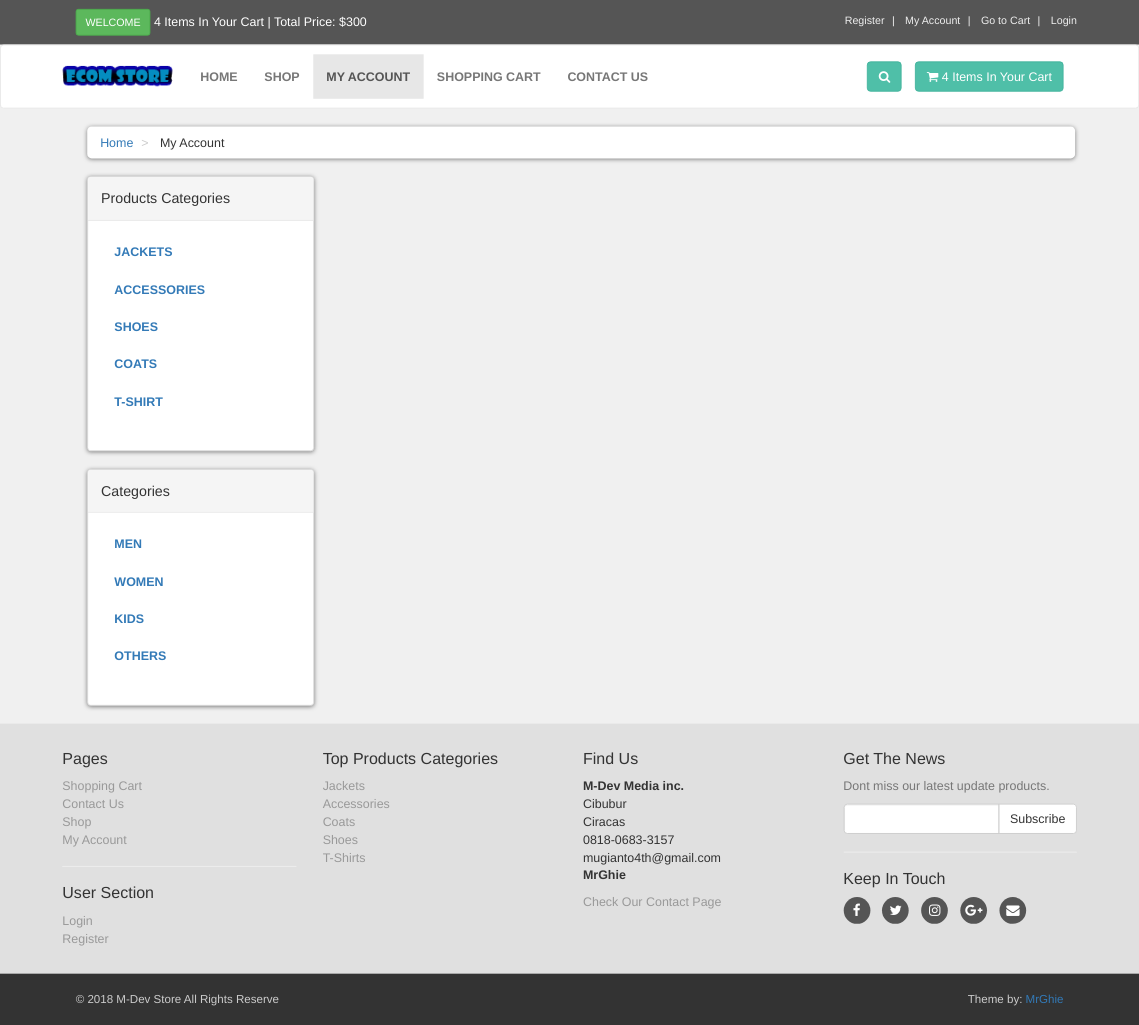
Repository: truonghuynhquy/M_Dev_Store
Page: http://localhost/customer/my_account.php
The author's editor kept a copy of each file at every save. The page is drawn from the files as they stood at one save, then again after the next save.
The browser window is 1280 px wide. The pictures show the whole page, at 89% of full size.
The page is run by PHP 8.4 with error messages shown; the project is at /var/www/html/.

Above is the page before, as saved 2022-11-14 10:12:49.

### customer/my_account.php
<!DOCTYPE html>
<html lang="en">

<head>
    <meta charset="UTF-8">
    <meta http-equiv="X-UA-Compatible" content="IE=edge">
    <meta name="viewport" content="width=device-width, initial-scale=1.0">
    <title>M-Dev Shop</title>
    <link rel="stylesheet" href="styles/bootstrap-337.min.css">
    <link rel="stylesheet" href="styles/style.css">
    <link rel="stylesheet" href="font-awsome/css/font-awesome.min.css">
</head>

<body>
    <div id="top">
        <!--  Top:     Begin  -->

        <div class="container">
            <!--  Container:     Begin  -->
            <div class="col-md-6 offer">
                <!--  col-md-6 offer:     Begin  -->
                <a href="#" class="btn btn-success btn-sm">Welcome</a>
                <a href="checkout.php">4 Items In Your Cart | Total Price: $300</a>
            </div><!--  col-md-6:     Finish  -->

            <div class="col md-6">
                <!--  col-md-6:     Begin  -->

                <ul class="menu">
                    <!--  menu:     Begin  -->
                    <li>
                        <a href="customer_register.php">Register</a>
                    </li>
                    <li>
                        <a href="checkout.php">My Account</a>
                    </li>
                    <li>
                        <a href="cart.php">Go to Cart</a>
                    </li>
                    <li>
                        <a href="checkout.php">Login</a>
                    </li>

                </ul><!--  menu:     Finish  -->

            </div><!--  col-md-6:     Finish  -->

        </div><!--  Container:     Finish  -->

    </div><!--  Top:    Finish  -->

    <div id="navbar" class="navbar navbar-default">
        <!--  navbar navbar-default:    Begin  -->

        <div class="container">
            <!--  container:    Begin  -->

            <div class="nav-header">
                <!--  nav-header:    Begin  -->

                <a href="index.php" class="navbar-brand home">
                    <!-- navbar-brand home Begin -->

                    <img src="images/ecom-store-logo.png" alt="M-dev-Store Logo" class="hidden-xs">
                    <img src="images/ecom-store-logo-mobile.png" alt="M-dev-Store Logo Mobile" class="visible-xs">

                </a><!-- navbar-brand home Finish -->

                <button class="navbar-toggle" data-toggle="collapse" data-target="#navigation">

                    <span class="sr-only">Toggle navigation</span>

                    <i class="fa fa-align-justify"></i>

                </button>

                <button class="navbar-toggle" data-toggle="collapse" data-target="#search">

                    <span class="sr-only">Toggle Search</span>

                    <i class="fa fa-search"></i>

                </button>

            </div><!--  nav-header:    Finish  -->

            <div class="collapse navbar-collapse" id="navigation">
                <!-- navbar-collapse collapse Begin -->

                <div class="padding-nav">
                    <!-- padding-nav Begin -->

                    <ul class="nav navbar-nav left">
                        <!-- nav navbar-nav left Begin -->

                        <li>
                            <a href="../index.php">Home</a>
                        </li>
                        <li>
                            <a href="../shop.php">Shop</a>
                        </li>
                        <li class="active">
                            <a href="my_account.php">My Account</a>
                        </li>
                        <li>
                            <a href="../cart.php">Shopping Cart</a>
                        </li>
                        <li>
                            <a href="../contact.php">Contact Us</a>
                        </li>

                    </ul><!-- nav navbar-nav left Finish -->

                </div><!-- padding-nav Finish -->

                <a href="cart.php" class="btn navbar-btn btn-primary right">

                    <!-- btn navbar-btn btn-primary Begin -->

                    <i class="fa fa-shopping-cart"></i>

                    <span>4 Items In Your Cart</span>

                </a><!-- btn navbar-btn btn-primary Finish -->

                <div class="navbar-collapse collapse right">
                    <!-- navbar-collapse collapse right Begin -->

                    <button class="btn btn-primary navbar-btn" type="button" data-toggle="collapse" data-target="#search">
                        <!-- btn btn-primary navbar-btn Begin -->

                        <span class="sr-only">Toggle Search</span>

                        <i class="fa fa-search"></i>

                </div><!-- navbar-collapse collapse right Finish -->

                <div class="collapse clearfix" id="search">
                    <!-- collapse clearfix Begin -->

                    <form method="get" action="results.php" class="navbar-form">
                        <!-- navbar-form Begin -->

                        <div class="input-group">
                            <!-- input-group Begin -->

                            <input type="text" class="form-control" placeholder="Search" name="user_query" required>

                            <span class="input-group-btn">
                                <!-- input-group-btn Begin -->

                                <button type="submit" name="search" value="Search" class="btn btn-primary">
                                    <!-- btn btn-primary Begin -->

                                    <i class="fa fa-search"></i>

                                </button><!-- btn btn-primary Finish -->

                            </span><!-- input-group-btn Finish -->

                        </div><!-- input-group Finish -->

                    </form><!-- navbar-form Finish -->

                </div><!-- collapse clearfix Finish -->

            </div><!-- navbar-collapse collapse Finish -->

        </div><!--  container:    Finish  -->

    </div><!--  navbar navbar-default:    Finish  -->

    <div id="content">
        <!-- #content Begin -->

        <div class="container">
            <!-- container Begin -->

            <div class="col-md-12">
                <!-- col-md-12 Begin -->

                <ul class="breadcrumb">
                    <!-- breadcrumb Begin -->

                    <li>
                        <a href="index.php">Home</a>
                    </li>
                    <li>
                        My Account
                    </li>

                </ul><!-- breadcrumb Finish -->

            </div><!-- col-md-12 Finish  -->

            <div class="col-md-3">
                <!-- col-md-3 Begin -->

                <?php

                include("includes/sidebar.php");
                ?>

            </div><!-- col-md-3 Finish -->
        </div><!-- container Finish  -->

    </div> <!-- #content Finish  -->

    <?php

    include("includes/footer.php");

    ?>

    <script src="js/jquery-331.min.js"></script>
    <script src="js/bootstrap-337.min.js"></script>


</body>

</html>

### customer/includes/sidebar.php
<div class="panel panel-default sidebar-menu">
    <!-- panel panel-default sidebar-menu Begin -->

    <div class="panel-heading">
        <!-- panel-heading Begin -->

        <h3 class="panel-title">Products Categories</h3>

    </div><!-- panel-heading Finish -->

    <div class="panel-body">
        <!-- panel-body Begin -->

        <ul class="nav nav-pills nav-stacked category-menu">
            <!-- nav nav-pills nav-stacked category-menu Begin -->

            <li><a href="#">Jackets</a></li>
            <li><a href="#">Accessories</a></li>
            <li><a href="#">Shoes</a></li>
            <li><a href="#">Coats</a></li>
            <li><a href="#">T-Shirt</a></li>

        </ul><!-- nav nav-pills nav-stacked category-menu Finish -->

    </div><!-- panel-body Finish -->

</div><!-- panel panel-default sidebar-menu Finish -->

<div class="panel panel-default sidebar-menu">
    <!-- panel panel-default sidebar-menu Begin -->

    <div class="panel-heading">
        <!-- panel-heading Begin -->

        <h3 class="panel-title">Categories</h3>

    </div><!-- panel-heading Finish -->

    <div class="panel-body">
        <!-- panel-body Begin -->

        <ul class="nav nav-pills nav-stacked category-menu">
            <!-- nav nav-pills nav-stacked category-menu Begin -->

            <li><a href="#">Men</a></li>
            <li><a href="#">Women</a></li>
            <li><a href="#">Kids</a></li>
            <li><a href="#">Others</a></li>

        </ul><!-- nav nav-pills nav-stacked category-menu Finish -->

    </div><!-- panel-body Finish -->

</div><!-- panel panel-default sidebar-menu Finish -->

### customer/includes/footer.php
<div id="footer">
    <!-- #footer Begin -->

    <div class="container">
        <!-- container Begin -->

        <div class="row">
            <!-- row Begin -->

            <div class="col-sm-6 col-md-3">
                <!-- col-sm-6 col-md-3 Begin -->

                <h4>Pages</h4>

                <ul>
                    <!-- ul Begin -->
                    <li><a href="cart.php">Shopping Cart</a></li>
                    <li><a href="contact.php">Contact Us</a></li>
                    <li><a href="shop.php">Shop</a></li>
                    <li><a href="checkout.php">My Account</a></li>
                </ul><!-- ul Finish -->

                <hr>

                <h4>User Section</h4>

                <ul>
                    <!-- ul Begin -->
                    <li><a href="checkout.php">Login</a></li>
                    <li><a href="customer_register.php">Register</a></li>
                </ul><!-- ul Finish -->

                <hr class="hidden-md hidden-lg hidden-sm">

            </div><!-- col-sm-6 col-md-3 Finish -->

            <div class="com-sm-6 col-md-3">
                <!-- col-sm-6 col-md-3 Begin -->

                <h4>Top Products Categories</h4>

                <ul>
                    <!-- ul Begin -->
                    <li><a href="#">Jackets</a></li>
                    <li><a href="#">Accessories</a></li>
                    <li><a href="#">Coats</a></li>
                    <li><a href="#">Shoes</a></li>
                    <li><a href="#">T-Shirts</a></li>
                </ul><!-- ul Finish -->

                <hr class="hidden-md hidden-lg">

            </div><!-- col-sm-6 col-md-3 Finish -->

            <div class="col-sm-6 col-md-3">
                <!-- col-sm-6 col-md-3 Begin -->

                <h4>Find Us</h4>

                <p>
                    <!-- p Start -->

                    <strong>M-Dev Media inc.</strong>
                    <br />Cibubur
                    <br />Ciracas
                    <br />0818-0683-3157
                    <br />mugianto4th@gmail.com
                    <br /><strong>MrGhie</strong>

                </p><!-- p Finish -->

                <a href="contact.php">Check Our Contact Page</a>

                <hr class="hidden-md hidden-lg">

            </div><!-- col-sm-6 col-md-3 Finish -->

            <div class="col-sm-6 col-md-3">

                <h4>Get The News</h4>

                <p class="text-muted">
                    Dont miss our latest update products.
                </p>

                <form action="" method="post">
                    <!-- form begin -->
                    <div class="input-group">
                        <!-- input-group begin -->

                        <input type="text" class="form-control" name="email">

                        <span class="input-group-btn">
                            <!-- input-group-btn begin -->

                            <input type="submit" value="Subscribe" class="btn btn-default">

                        </span><!-- input-group-btn Finish -->

                    </div><!-- input-group Finish -->

                </form><!-- form Finish -->

                <hr>

                <h4>Keep In Touch</h4>

                <p class="social">
                    <a href="#" class="fa fa-facebook"></a>
                    <a href="#" class="fa fa-twitter"></a>
                    <a href="#" class="fa fa-instagram"></a>
                    <a href="#" class="fa fa-google-plus"></a>
                    <a href="#" class="fa fa-envelope"></a>
                </p>

            </div><!-- col-sm-6 col-md-3 Finish -->

        </div><!-- row Finish -->

    </div><!-- container Finish -->

</div><!-- #footer Finish -->

<div id="copyright">
    <!-- #copyright Begin -->

    <div class="container">
        <!-- container Begin -->

        <div class="col-md-6">
            <!-- col-md-6 Begin -->

            <p class="pull-left">&copy; 2018 M-Dev Store All Rights Reserve</p>

        </div><!-- col-md-6 Finish -->

        <div class="col-md-6">
            <!-- col-md-6 Begin -->

            <p class="pull-right">Theme by: <a href="#">MrGhie</a></p>

        </div><!-- col-md-6 Finish -->

    </div><!-- container Finish -->

</div><!-- #copyright Finish -->

Loaded but not shown: customer/styles/bootstrap-337.min.css (library); customer/font-awsome/css/font-awesome.min.css (library); customer/js/jquery-331.min.js (library); customer/js/bootstrap-337.min.js (library); customer/styles/style.css (391 lines, source omitted)

After the next save:
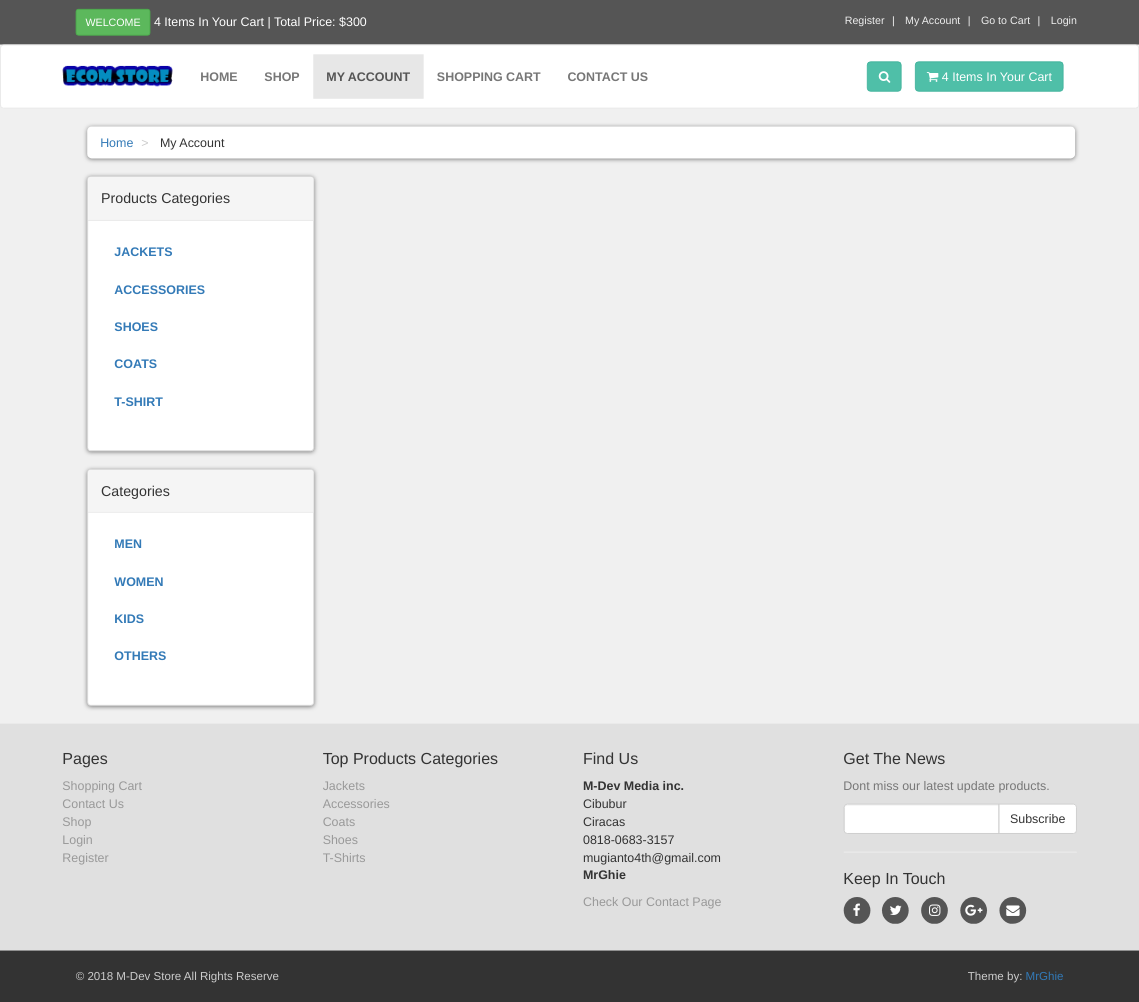
Saved 13 min 24 s later.
--- a/customer/includes/footer.php
+++ b/customer/includes/footer.php
@@ -17,7 +17,7 @@
                     <li><a href="cart.php">Shopping Cart</a></li>
                     <li><a href="contact.php">Contact Us</a></li>
                     <li><a href="shop.php">Shop</a></li>
-                    <li><a href="checkout.php">My Account</a></li>
+                    <li><a href="customer/my_account.php>My Account</a></li>
                 </ul><!-- ul Finish -->
 
                 <hr>

After the save that followed:
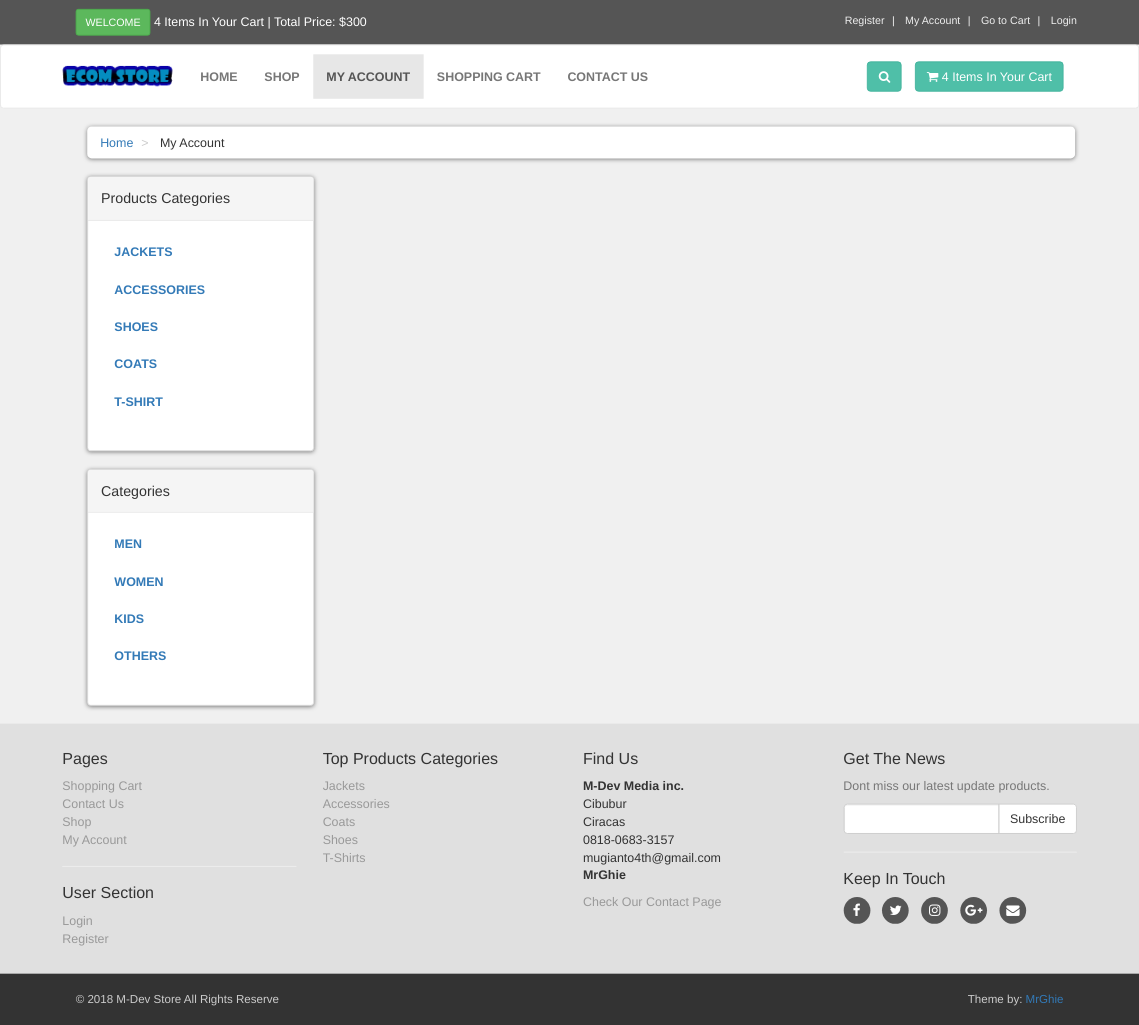
Saved 2 min 42 s later.
--- a/customer/includes/footer.php
+++ b/customer/includes/footer.php
@@ -14,10 +14,10 @@
 
                 <ul>
                     <!-- ul Begin -->
-                    <li><a href="cart.php">Shopping Cart</a></li>
-                    <li><a href="contact.php">Contact Us</a></li>
-                    <li><a href="shop.php">Shop</a></li>
-                    <li><a href="customer/my_account.php>My Account</a></li>
+                    <li><a href="../cart.php">Shopping Cart</a></li>
+                    <li><a href="../contact.php">Contact Us</a></li>
+                    <li><a href="../shop.php">Shop</a></li>
+                    <li><a href="customer/my_account.php">My Account</a></li>
                 </ul><!-- ul Finish -->
 
                 <hr>
@@ -26,8 +26,8 @@
 
                 <ul>
                     <!-- ul Begin -->
-                    <li><a href="checkout.php">Login</a></li>
-                    <li><a href="customer_register.php">Register</a></li>
+                    <li><a href="../checkout.php">Login</a></li>
+                    <li><a href="../customer_register.php">Register</a></li>
                 </ul><!-- ul Finish -->
 
                 <hr class="hidden-md hidden-lg hidden-sm">
